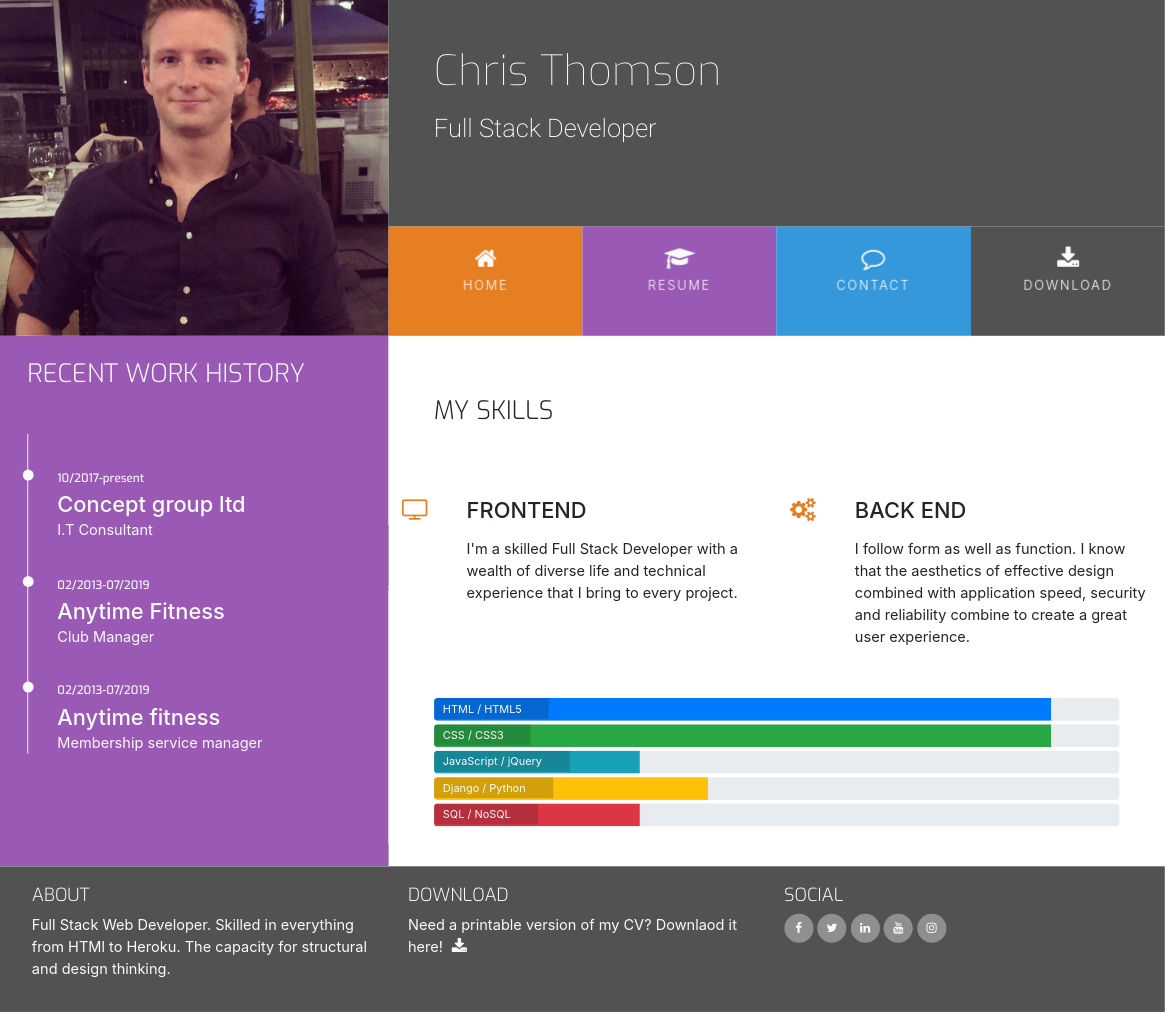
Repository: cthoms1993/Resume
Page: resume.html
The author's editor kept a record of every edit. The page is drawn from the files as they stood at one moment, then again after the next edit.
The browser window is 1280 px wide. The pictures show the whole page, at 91% of full size.

Above is the page before.

After the next edit:
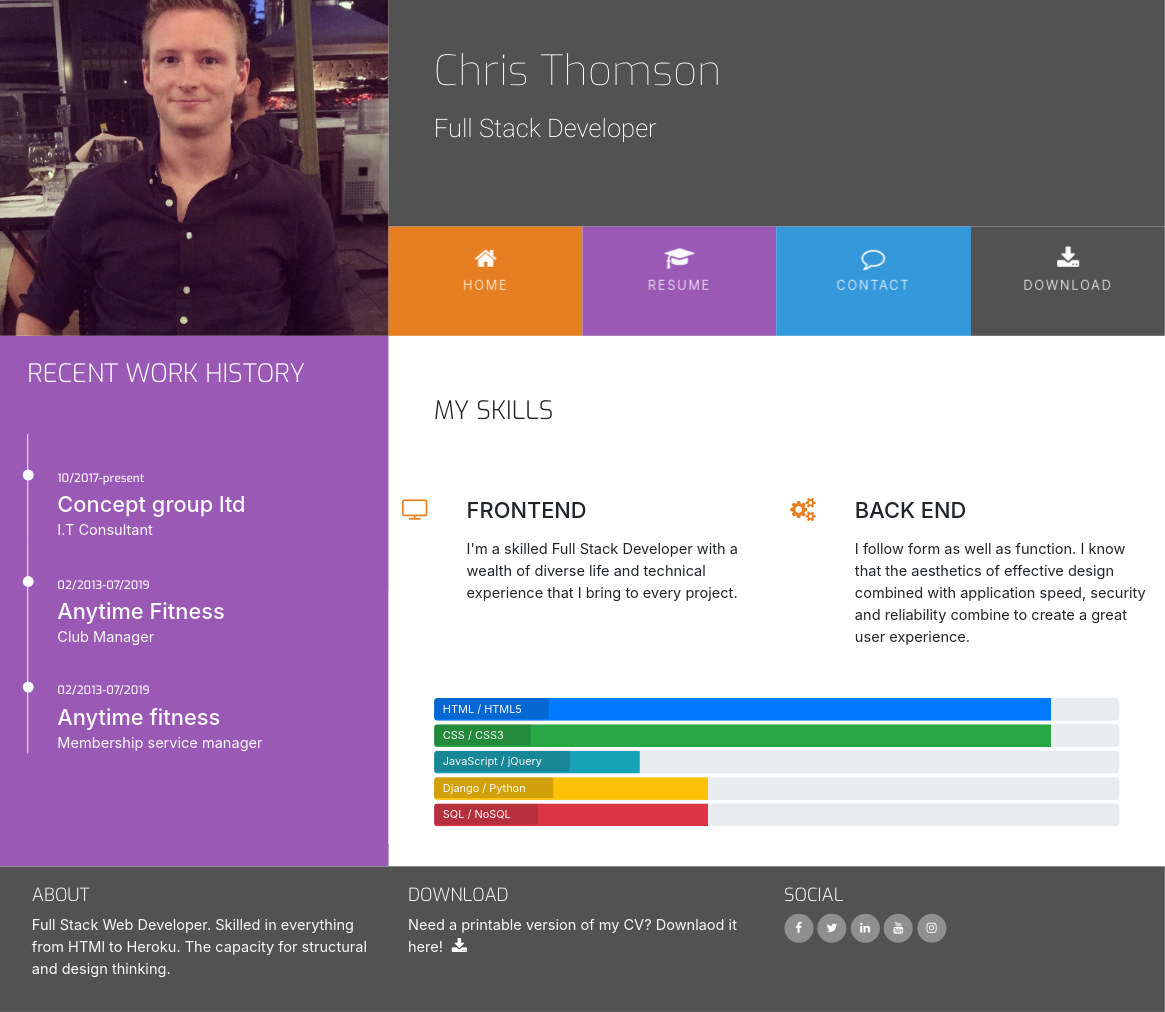
The edit:
--- a/resume.html
+++ b/resume.html
@@ -130,8 +130,8 @@
                             <span class="progress-type">Django / Python</span>
                         </div>
                         <div class="progress">
-                            <div class="progress-bar bg-danger" role="progressbar" aria-valuenow="80" aria-valuemin="0" aria-valuemax="100" style="width:30%;">
-                                <span class="sr-only">30% complete</span>
+                            <div class="progress-bar bg-danger" role="progressbar" aria-valuenow="80" aria-valuemin="0" aria-valuemax="100" style="width:40%;">
+                                <span class="sr-only">40% complete</span>
                             </div>
                             <span class="progress-type">SQL / NoSQL</span>
                         </div>
